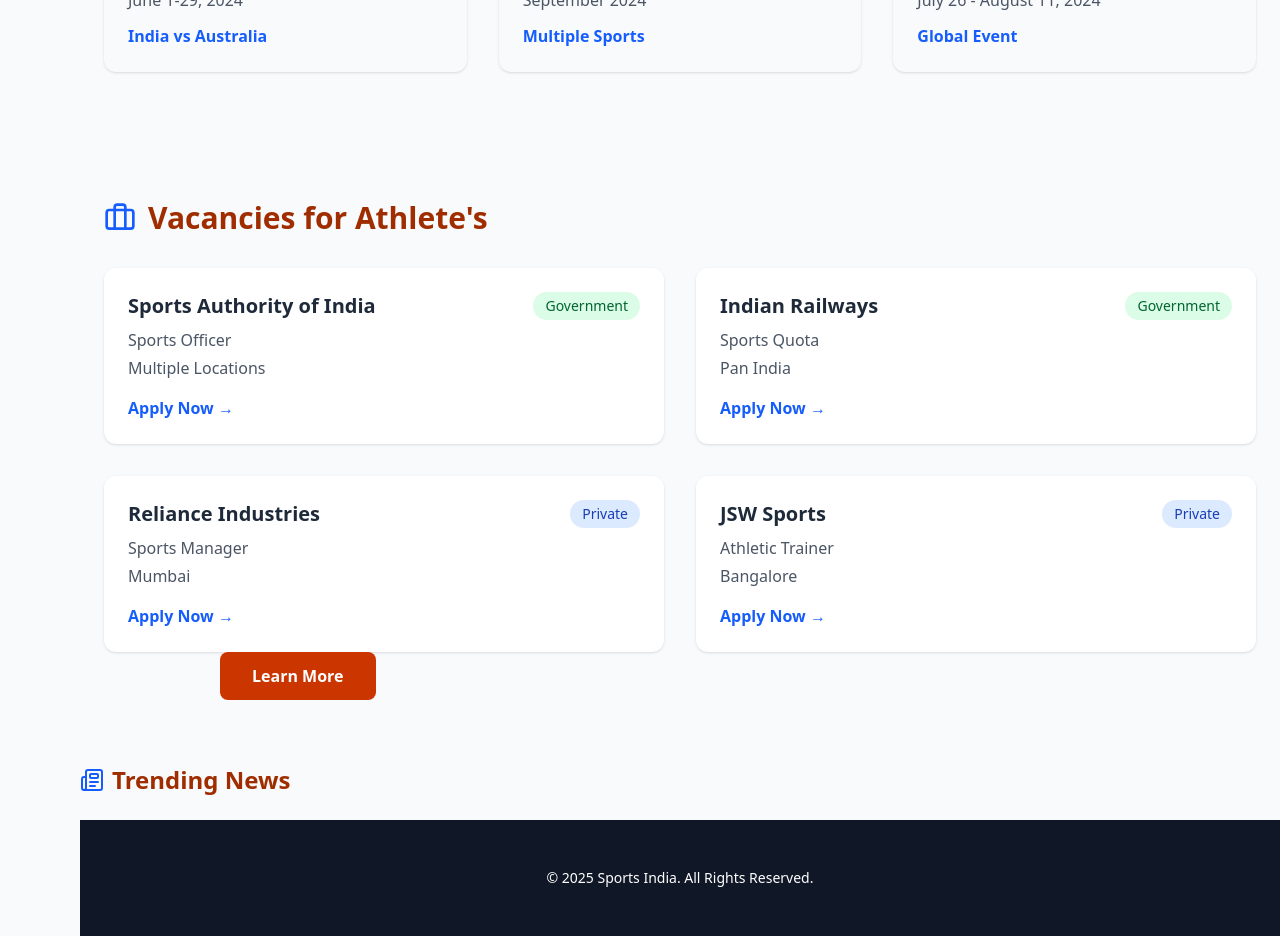
Repository: Shovon0004/Athlete
Page: / (app in Athlete/)
An editor plug-in stored every save of this project. The page is shown before and after a run of saves, followed by the edit.
The browser window is 1280 px wide. The pictures show the part of the page from y = 832 to 1784 px (the page is 1768 px tall before and 1784 px after).
The page's requests for data from a server got no answer. The project was rebuilt for these pictures with package versions that can differ from the ones it lists, and the page was loaded fresh each time. No one was signed in, and anything a server would have sent is missing. Also part of the build but not shown: Athlete/vite.config.js.

Above is the page before, as saved 2025-01-26 14:04:14.

### Athlete/src/App.jsx
import { useState } from 'react'
import SideNavbar from './components/SideNavbar'
import HeroPage from './components/HeroPage'

import './App.css'

function App() {


  return (
    <>
      <SideNavbar />
      <HeroPage />
    </>
  )
}

export default App

### Athlete/src/components/SideNavbar.jsx
import React, { useState } from 'react';
import {
  Home,
  User,
  BarChart2,
  Shield,
  DollarSign,
  Menu
} from 'lucide-react';

const SideNavbar = () => {
  const [isExpanded, setIsExpanded] = useState(false);

  const navItems = [
    { icon: Home, label: 'Dashboard', href: '/' },
    { icon: User, label: 'Athletes', href: '/athletes' },
    { icon: BarChart2, label: 'Performance', href: '/performance' },
    { icon: Shield, label: 'Injuries', href: '/injuries' },
    { icon: DollarSign, label: 'Financial', href: '/financial' }
  ];

  return (
    <div
      className={`h-screen bg-gray-900 text-white transition-all duration-300
        ${isExpanded ? 'w-64' : 'w-20'} fixed left-0 top-0 z-50`}
    >
      <div className="flex flex-col h-full">
        {/* Logo & Toggle */}
        <div className="flex items-center justify-between p-4  border-orange-700">
          {isExpanded && (
            <div className="text-xl font-bold">Athlete Hub</div>
          )}
          <button
            onClick={() => setIsExpanded(!isExpanded)}
            className="hover:bg-orange-700 p-2 rounded"
          >
            <Menu />
          </button>
        </div>

        {/* Navigation Items */}
        <nav className="flex-grow mt-4">
          <ul className="space-y-2">
            {navItems.map((item, index) => (
              <li key={index}>
                <a
                  href={item.href}
                  className={`flex items-center p-3 hover:bg-orange-700
                    ${isExpanded ? 'justify-start px-6' : 'justify-center'}`}
                >
                  <item.icon className="mr-4" />
                  {isExpanded && <span>{item.label}</span>}
                </a>
              </li>
            ))}
          </ul>
        </nav>
      </div>
    </div>
  );
};

export default SideNavbar;

### Athlete/src/components/HeroPage.jsx
import React from 'react';
import { ChevronLeft, ChevronRight, Medal, Calendar, Briefcase } from 'lucide-react';
import axios from 'axios';

import SportsPage from './SportsPage';

const schemes = [
  {
    title: "Khelo India Youth Games",
    description: "Supporting young athletes with annual scholarships of ₹5 lakhs",
    image: "https://images.unsplash.com/photo-1461896836934-ffe607ba8211?auto=format&fit=crop&q=80&w=2070"
  },
  {
    title: "Target Olympic Podium Scheme (TOPS)",
    description: "Elite athlete support program for Olympic preparation",
    image: "https://www.manoramayearbook.in/content/dam/yearbook/learn/world/images/2020/mar/Olympics-2021.jpg"
  },
  {
    title: "National Sports Development Fund",
    description: "Financial assistance for sports infrastructure and training",
    image: "https://images.unsplash.com/photo-1517649763962-0c623066013b?auto=format&fit=crop&q=80&w=2070"
  }
];

const upcomingMatches = [
  {
    event: "ICC T20 World Cup 2024",
    location: "West Indies & USA",
    date: "June 1-29, 2024",
    teams: "India vs Australia"
  },
  {
    event: "Asian Games 2024",
    location: "Aichi-Nagoya, Japan",
    date: "September 2024",
    teams: "Multiple Sports"
  },
  {
    event: "Paris Olympics 2024",
    location: "Paris, France",
    date: "July 26 - August 11, 2024",
    teams: "Global Event"
  }
];

const jobOpportunities = [
  {
    company: "Sports Authority of India",
    position: "Sports Officer",
    type: "Government",
    location: "Multiple Locations"
  },
  {
    company: "Indian Railways",
    position: "Sports Quota",
    type: "Government",
    location: "Pan India"
  },
  {
    company: "Reliance Industries",
    position: "Sports Manager",
    type: "Private",
    location: "Mumbai"
  },
  {
    company: "JSW Sports",
    position: "Athletic Trainer",
    type: "Private",
    location: "Bangalore"
  }
];

function HeroPage() {
  const [currentScheme, setCurrentScheme] = React.useState(0);

  const nextScheme = () => {
    setCurrentScheme((prev) => (prev + 1) % schemes.length);
  };

  const prevScheme = () => {
    setCurrentScheme((prev) => (prev - 1 + schemes.length) % schemes.length);
  };


  return (
    <div className="min-h-screen bg-gray-50 pl-20 dark:bg-gray-900">
      {/* Hero Section with Schemes Slider */}
      <div className="relative h-[600px] overflow-hidden ">
        <div
          className="absolute inset-0 transition-transform duration-500 ease-in-out"
          style={{
            backgroundImage: `url(${schemes[currentScheme].image})`,
            backgroundSize: 'cover',
            backgroundPosition: 'center',
          }}
        >
          <div className="absolute inset-0  bg-opacity-50">
            <div className="container mx-auto px-6 h-full flex items-center">
              <div className="text-white max-w-3xl">
                <h1 className="text-5xl font-bold mb-4 ml-35">{schemes[currentScheme].title}</h1>
                <p className="text-xl mb-8 ml-35">{schemes[currentScheme].description}</p>
                <button className="bg-orange-700 hover:bg-orange-800 ml-35 text-white px-8 py-3 rounded-lg font-semibold">
                  Learn More
                </button>
              </div>
            </div>
          </div>
        </div>
        <button
          onClick={prevScheme}
          className="absolute left-4 top-1/2 -translate-y-1/2 bg-white/30 p-2 rounded-full hover:bg-white/50 transition-colors"
        >
          <ChevronLeft className="w-6 h-6 text-white" />
        </button>
        <button
          onClick={nextScheme}
          className="absolute right-4 top-1/2 -translate-y-1/2 bg-white/30 p-2 rounded-full hover:bg-white/50 transition-colors"
        >
          <ChevronRight className="w-6 h-6 text-white" />
        </button>
      </div>

      {/* Upcoming Matches Section */}
      <section className="py-16 ">
        <div className="container mx-auto px-6">
          <div className="flex items-center mb-8">
            <Calendar className="w-8 h-8 text-blue-600 mr-3" />
            <h2 className="text-3xl font-bold text-orange-800">Upcoming Matches</h2>
          </div>
          <div className="grid md:grid-cols-3 gap-8">
            {upcomingMatches.map((match, index) => (
              <div key={index} className="bg-gray-50 rounded-xl p-6 shadow-sm hover:shadow-md transition-shadow">
                <h3 className="text-xl font-semibold text-gray-800 mb-2">{match.event}</h3>
                <p className="text-gray-600 mb-1">{match.location}</p>
                <p className="text-gray-600 mb-3">{match.date}</p>
                <p className="text-blue-600 font-semibold">{match.teams}</p>
              </div>
            ))}
          </div>
        </div>
      </section>

      {/* Career Opportunities Section */}
      <section className="py-16 bg-gray-50 dark:bg-gray-900">
        <div className="container mx-auto px-6 ">
          <div className="flex items-center mb-8 ">
            <Briefcase className="w-8 h-8 text-blue-600 mr-3" />
            <h2 className="text-3xl font-bold text-orange-800">Vacancies for Athlete's</h2>
          </div>
          <div className="grid md:grid-cols-2 gap-8 ">
            {jobOpportunities.map((job, index) => (
              <div key={index} className="bg-white rounded-xl p-6 shadow-sm hover:shadow-md transition-shadow">
                <div className="flex justify-between items-start">
                  <div>
                    <h3 className="text-xl font-semibold text-gray-800 mb-2">{job.company}</h3>
                    <p className="text-gray-600 mb-1">{job.position}</p>
                    <p className="text-gray-600">{job.location}</p>
                  </div>
                  <span className={`px-3 py-1 rounded-full text-sm font-medium ${
                    job.type === 'Government' ? 'bg-green-100 text-green-800' : 'bg-blue-100 text-blue-800'
                  }`}>
                    {job.type}
                  </span>
                </div>
                <button className="mt-4 text-blue-600 font-semibold hover:text-blue-700">
                  Apply Now →
                </button>
              </div>
            ))}
          </div>

        </div>
        <button className="bg-orange-700 hover:bg-orange-800 ml-35 text-white px-8 py-3 rounded-lg font-semibold">
                  Learn More
                </button>
      </section>

      <SportsPage />
      <footer className="bg-gray-900 text-white py-8">
      {/* Footer Bottom */}
      <div className="bg-gray-900 text-center py-4">
        <p className="text-sm">© 2025 Sports India. All Rights Reserved.</p>
        </div>

    </footer>
    </div>
  );
}

export default HeroPage;

### Athlete/src/components/SportsPage.jsx
import React, { useState, useEffect } from 'react';
import News from './News';
import { Newspaper} from 'lucide-react';

const SportsPage = () => {
  const [headlines, setHeadlines] = useState([]);

  useEffect(() => {
    fetch('https://newsapi.org/v2/top-headlines?country=us&category=sports&apiKey=968ed8d338864e7cb30985681a6b4893')
      .then(response => response.json())
      .then(data => setHeadlines(data.articles));
  }, []);

  return (
    <div>
      <div className="flex items-center mb-6">
        <Newspaper className="w-6 h-6 text-blue-600 mr-2" />
        <h2 className="text-2xl font-bold text-orange-800">Trending News</h2>
      </div>
      <News headlines={headlines} />
    </div>
  );
};

export default SportsPage;

### Athlete/src/components/News.jsx
import React from 'react';

const NewsContainer = ({ headlines }) => (
  <div className="container mx-auto grid grid-cols-1 sm:grid-cols-2 md:grid-cols-3 gap-6">
    {headlines.slice(0, 6).map(({ title, author, url, description, urlToImage }, i) => (
      <NewsArticle key={i} title={title} author={author} url={url} description={description} urlToImage={urlToImage} />
    ))}
  </div>
);

const NewsArticle = ({ title, author, url, description, urlToImage }) => (
  <div className="bg-white shadow-lg rounded-lg p-4">
    <a href={url} target="_blank" rel="noopener noreferrer" className="hover:text-blue-500 transition-colors">
      {urlToImage && (
        <img src={urlToImage} alt={title} className="mb-4 w-full rounded-t-lg" />
      )}
      <h3 className="text-lg font-medium mb-2">{title}</h3>
    </a>
    <p className="text-gray-500 mb-2">{author}</p>
    <p className="text-gray-700 line-clamp-3">{description}</p>
  </div>
);

export default NewsContainer;

Loaded but not shown: Athlete/index.html (common file); Athlete/src/main.jsx (common file); Athlete/src/index.css (common file); Athlete/src/App.css (common file)

After the next 2 saves:
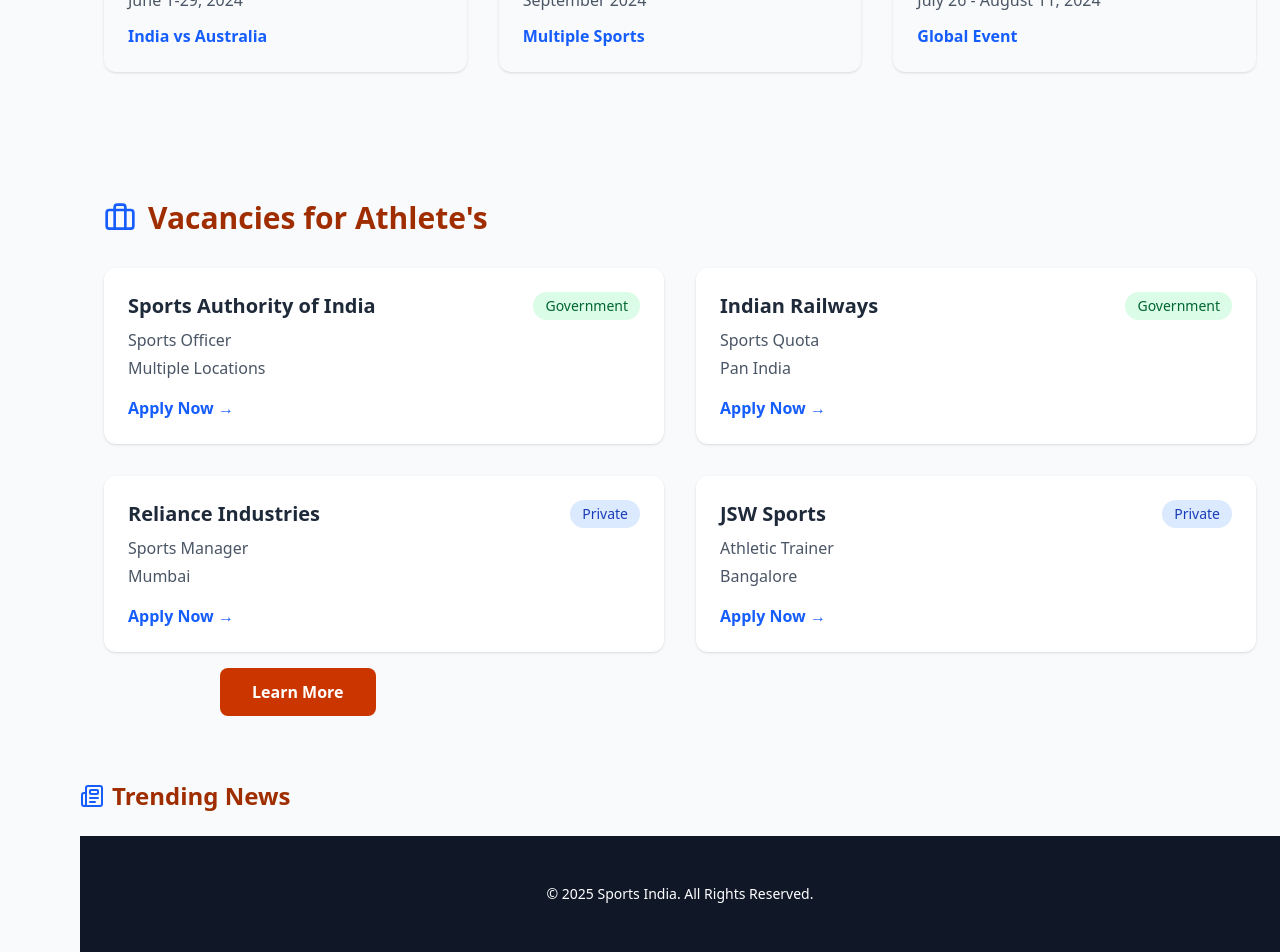
The 2 saves are shown as one change because they came seconds apart.
The last was saved 6 s later.
--- a/Athlete/src/components/HeroPage.jsx
+++ b/Athlete/src/components/HeroPage.jsx
@@ -170,7 +170,7 @@
           </div>
 
         </div>
-        <button className="bg-orange-700 hover:bg-orange-800 ml-35 text-white px-8 py-3 rounded-lg font-semibold">
+        <button className="bg-orange-700 mt-4 hover:bg-orange-800 ml-35 text-white px-8 py-3 rounded-lg font-semibold">
                   Learn More
                 </button>
       </section>
